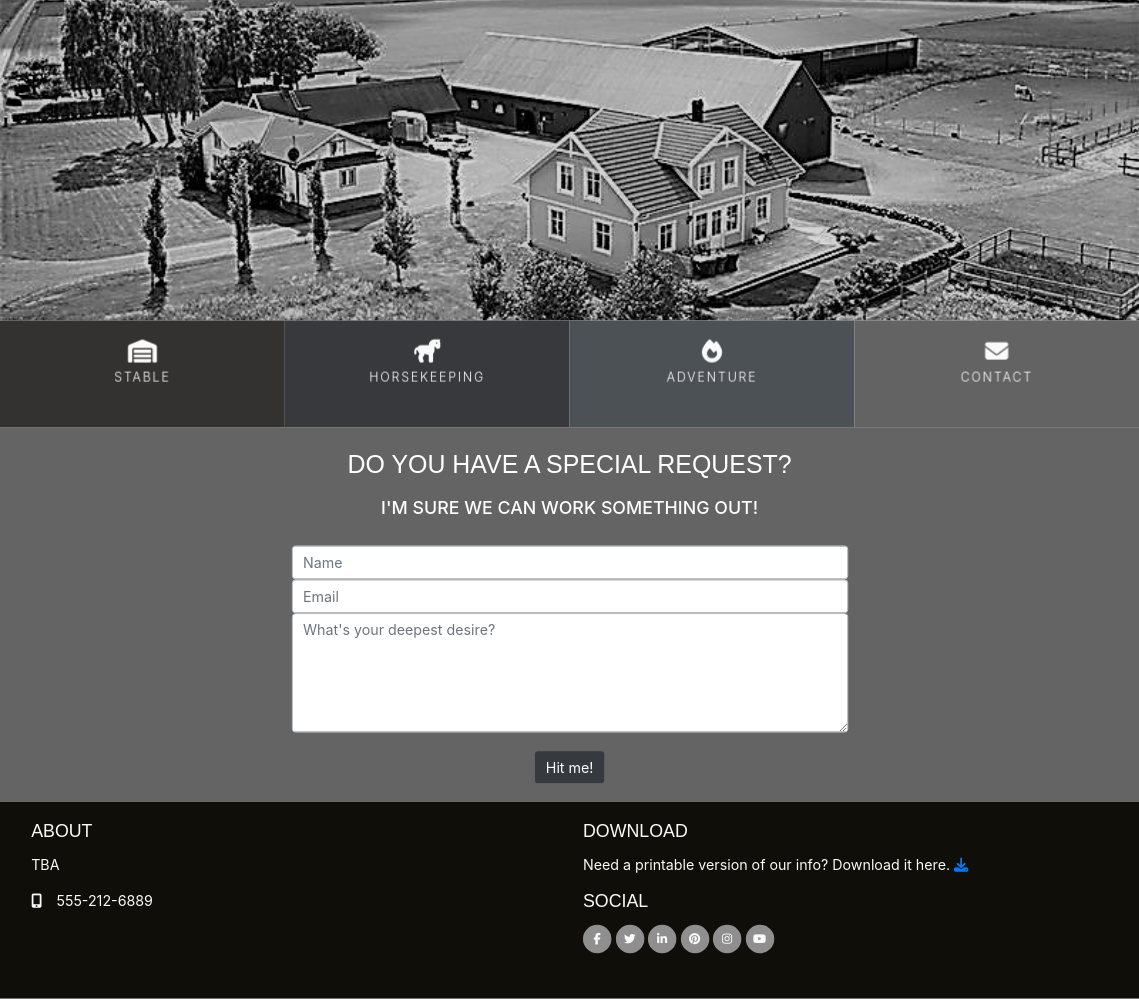
Repository: Jadehammar/frontendmilestone
Page: contact.html
The author's editor kept a record of every edit. The page is drawn from the files as they stood at one moment, then again after the next edit.
The browser window is 1280 px wide. The pictures show the whole page, at 89% of full size.
Backgrounds fixed to the window are drawn as part of the page. Some web libraries are served in a nearby version.

Above is the page before.

After the next edit:
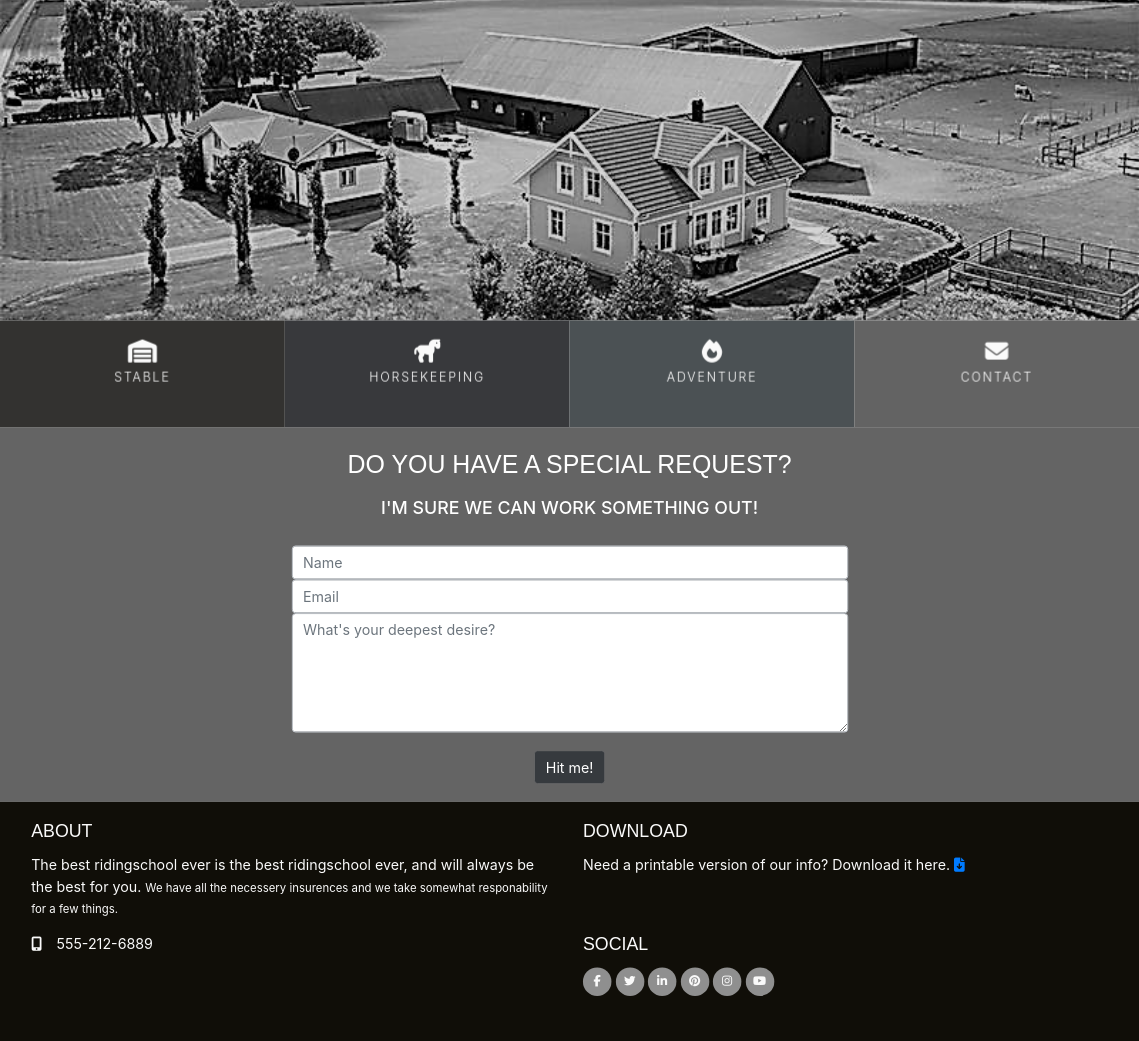
The edit:
--- a/contact.html
+++ b/contact.html
@@ -68,15 +68,16 @@
             <div class="col-sm-6">
                 <h5 class="uppercase general-sub">About</h5>
                 <p class="inline-block">
-                    TBA
+                    The best ridingschool ever is the best ridingschool ever, and will always be the best for you.
+                    <small>We have all the necessery insurences and we take somewhat responability for a few things.</small>
                 </p>
             </div>
             <div class="col-sm-6">
                 <h5 class="uppercase general-sub">Download</h5>
                 <p class="inline-block">
                     Need a printable version of our info? Download it here.
-                    <a href="assets/CV/CV.pdf" taraget="_blank" class="cv-pdf">
-                        <i class="fa fa-download" aria-hidden="true"></i>
+                    <a href="assets/info.pdf" taraget="_blank" class="info-pdf">
+                        <i class="fas fa-file-download" aria-hidden="true"></i>
                         <span class="sr-only">Download link.</span>
                     </a>
                 </p>
